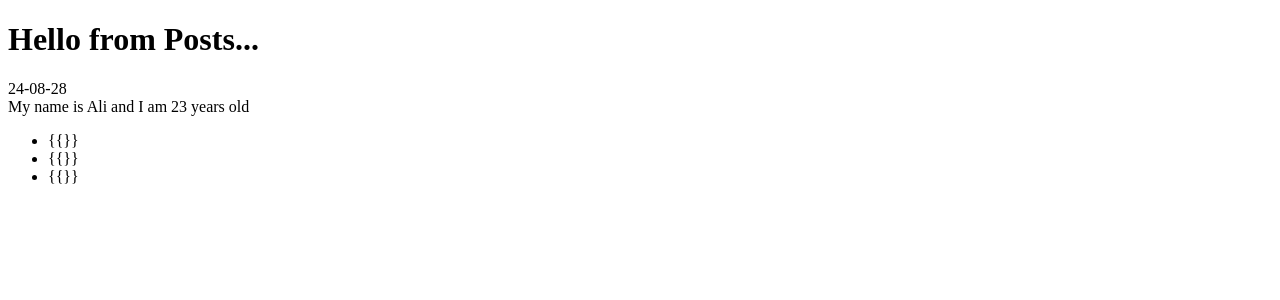
Repository: Abdulahi338/Basics-of-Controllers-using-laravel
Page: http://localhost/posts
These files come from the project's save history. The page is drawn as it stood at one moment and after a run of saves; the edit follows.
The browser window is 1280 px wide. The pictures show the whole page.
The page is served by the project's Laravel application, run on PHP 8.4 with Laravel 12. Other server files are loaded and not shown.

Above is the page before, as saved 2024-08-28 21:43:31.

### routes/web.php
<?php

use Illuminate\Support\Facades\Route;
use App\Http\Controllers\PostController; // Capitalize controller class name
use Illuminate\Http\Request; // Import the Request class

// Corrected Route::resource usage
Route::resource('/posts', PostController::class);

### app/Http/Controllers/postController.php
<?php

namespace App\Http\Controllers;

use App\Models\Post; // Capitalize model name
use Illuminate\Http\Request;

class PostController extends Controller
{
    /**
     * Display a listing of the resource.
     */
    public function index()
    {
        $posts =[
            'post1',
            'post2',
            'post3'
        ];
        $name = 'Ali';
        $age = 23;
        return view('posts.index', ['userName' => $name, 'age' => $age,'post' =>$posts]);
    }

    // Other methods can remain empty for now
    public function create()
    {
        //
    }

    public function store(Request $request)
    {
        //
    }

    public function show(Post $post)
    {
        //
    }

    public function edit(Post $post)
    {
        //
    }

    public function update(Request $request, Post $post)
    {
        //
    }

    public function destroy(Post $post)
    {
        //
    }
}

### resources/views/posts/index.blade.php
<!DOCTYPE html>
<html lang="en">
<head>
    <meta charset="UTF-8">
    <meta name="viewport" content="width=device-width, initial-scale=1.0">
    <meta http-equiv="X-UA-Compatible" content="ie=edge">
    <title>Posts view</title>
</head>
<body>
    <h1>Hello from Posts...</h1>
    {{date('y-m-d')}}
    <div>My name is {{ $userName }} and I am {{ $age }} years old</div>
    <ul>
        {{-- <li>{{$post[0]}}</li>
        <li>{{$post[1]}}</li>
        <li>{{$post[2]}}</li> --}}
        @foreach ($post as $posts )
        <li>{{}}</li>

        @endforeach
    </ul>
</body>
</html>

Loaded but not shown: app/Http/Controllers/Controller.php (common file)

After the next 3 saves:
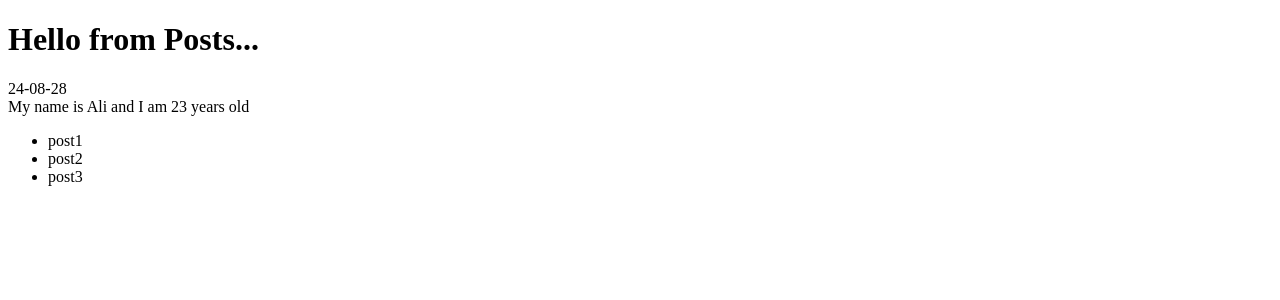
The 3 saves are shown as one change because 1 did not build or start and some came seconds apart.
The last was saved 11 s later.
--- a/resources/views/posts/index.blade.php
+++ b/resources/views/posts/index.blade.php
@@ -15,7 +15,7 @@
         <li>{{$post[1]}}</li>
         <li>{{$post[2]}}</li> --}}
         @foreach ($post as $posts )
-        <li>{{}}</li>
+        <li>{{$posts}}</li>
 
         @endforeach
     </ul>
